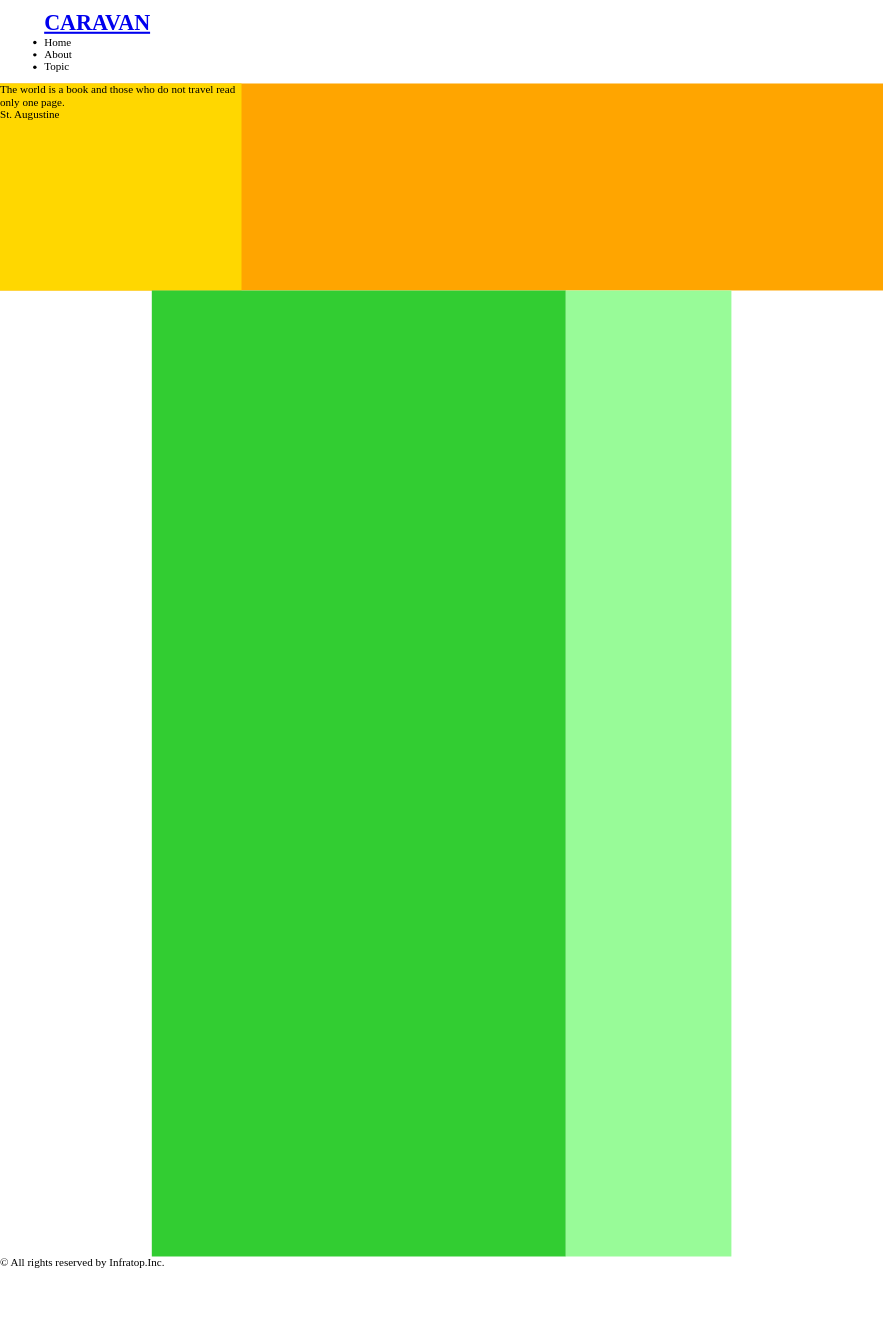
Repository: sutanuki/webcamp
Page: html,css/caravan/index.html
The author's editor kept a record of every edit. The page is drawn from the files as they stood at one moment, then again after the next edit.
The browser window is 1280 px wide. The pictures show the whole page, at 69% of full size.

Above is the page before.

After the next edit:
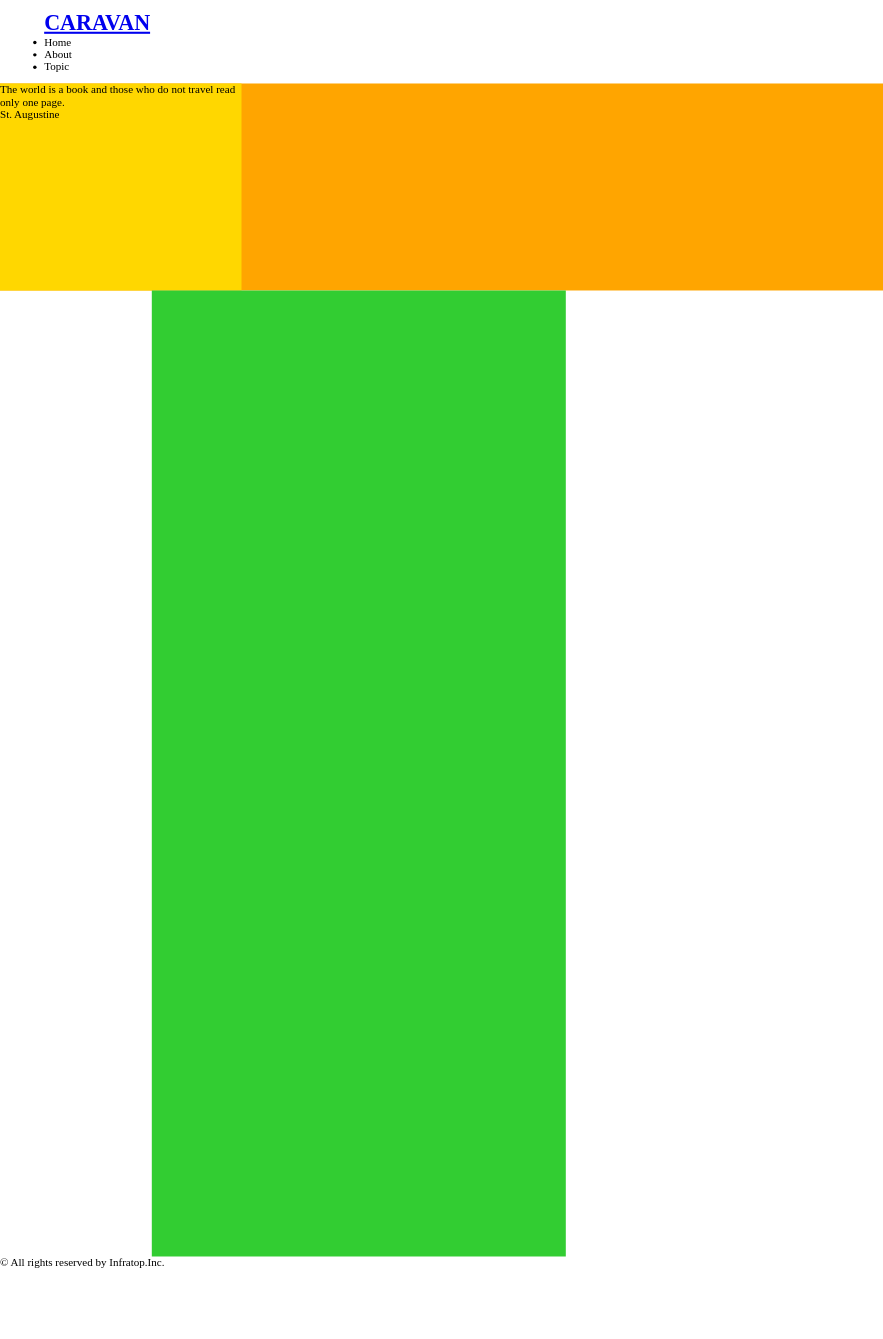
The edit:
--- a/html,css/caravan/style.css
+++ b/html,css/caravan/style.css
@@ -32,7 +32,6 @@
 .sidebar {
   width: 240px;
   height: 1400px;
-  background-color: palegreen;
 }
 footer {
   width: 100%;
